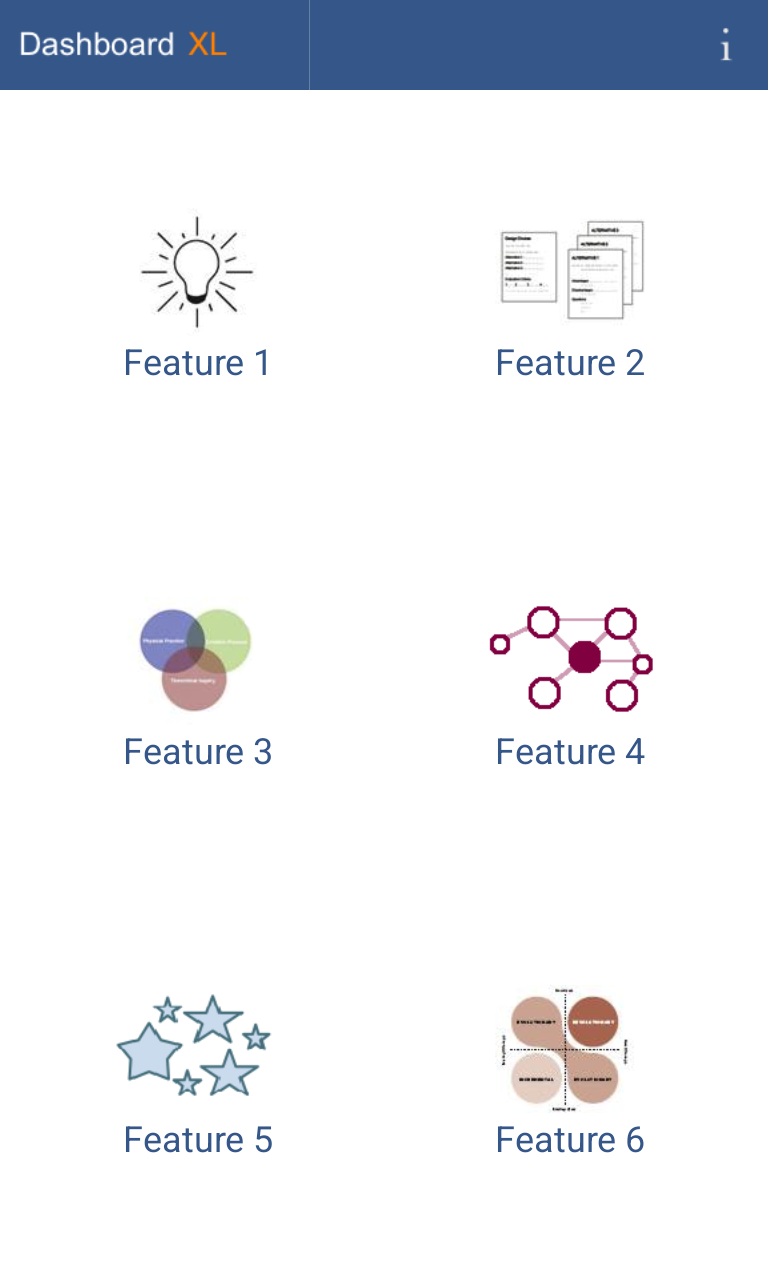
Repository: joaoA/ihc
Layout: spotilicious/res/layout/activity_home.xml
An editor plug-in stored every save of this project. The layout is shown before and after the next save, followed by the edit.
It is drawn on a 768 x 1280 px phone screen (xhdpi) without system bars, with theme Theme.D1; the app's code is not run.

Above is the layout before, as saved 2012-05-15 23:29:34.

After the next save:
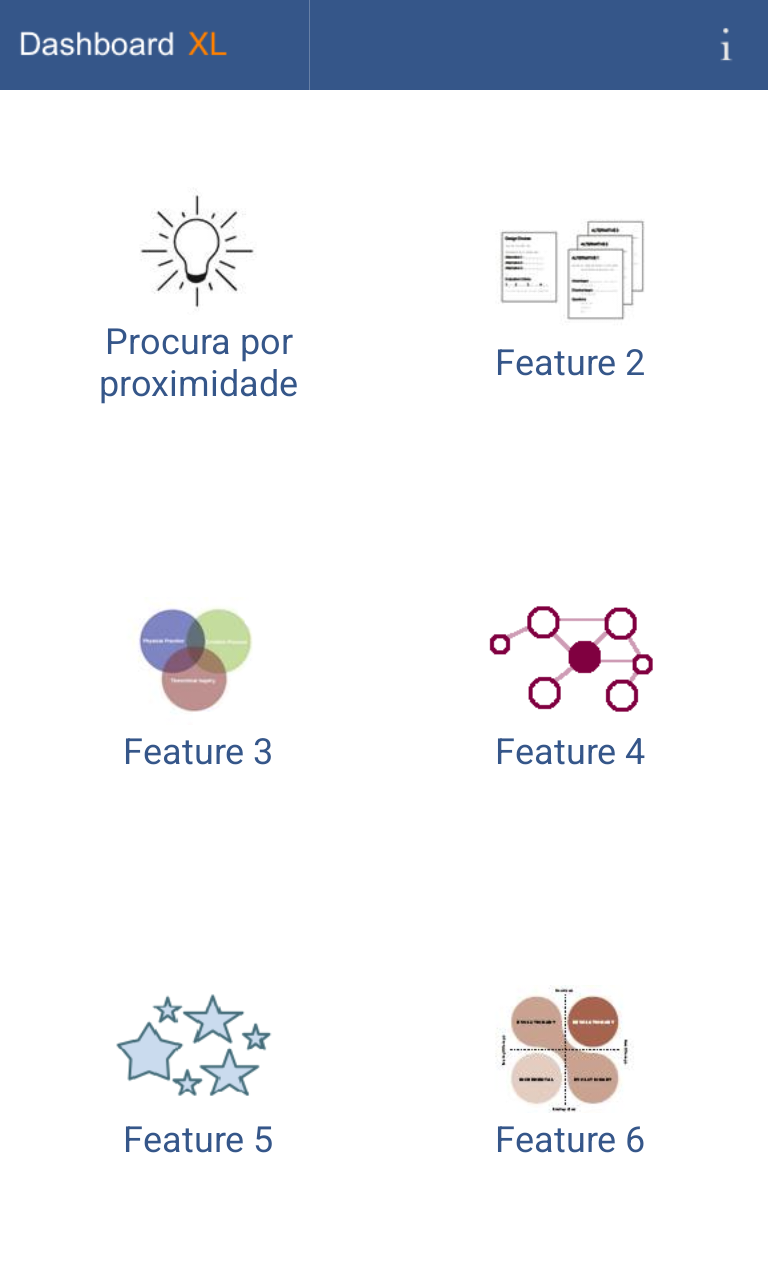
Saved 6 min 37 s later.
--- a/spotilicious/res/values/strings.xml
+++ b/spotilicious/res/values/strings.xml
@@ -33,7 +33,7 @@
     <string name="title_about">About</string>
     <string name="title_home">Home</string>
     <string name="title_search">Search</string>
-    <string name="title_feature1">Feature 1</string>
+    <string name="title_feature1">Procura por proximidade</string>
     <string name="title_feature2">Feature 2</string>
     <string name="title_feature3">Feature 3</string>
     <string name="title_feature4">Feature 4</string>
